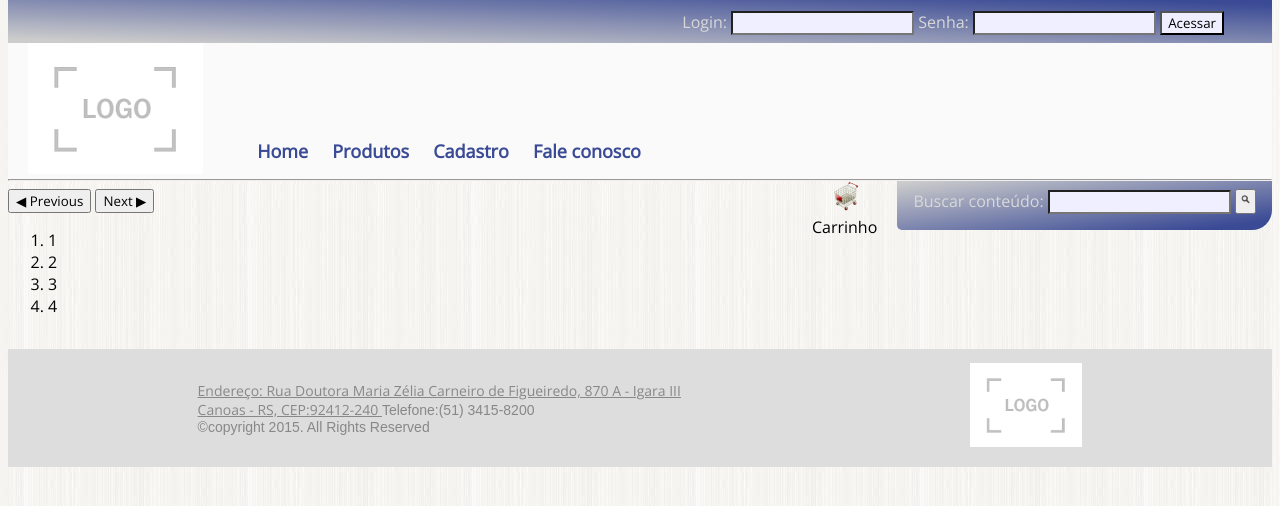
Repository: lauroPereira/study
Page: TrabalhoFinalWebMVC/index.html
An editor plug-in stored every save of this project. The page is shown before and after the next save, followed by the edit.
The browser window is 1280 px wide. The pictures show the whole page.

Above is the page before, as saved 2016-06-14 03:35:57.

After the next save:
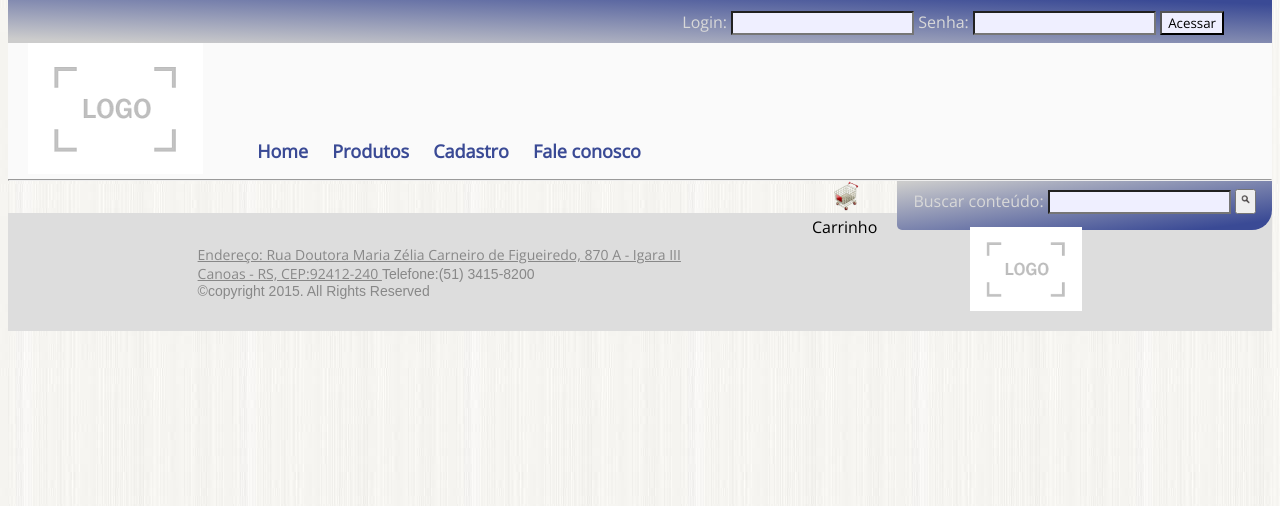
Saved 22 min 59 s later.
--- a/TrabalhoFinalWebMVC/index.html
+++ b/TrabalhoFinalWebMVC/index.html
@@ -45,21 +45,7 @@
 			</div>
 		</div>
 	</div>
-	<div class="carouselbox">
-		<div class="buttons">
-			<button class="prev">
-				◀ <span class="offscreen">Previous</span>
-			</button>
-			<button class="next">
-				<span class="offscreen">Next</span> ▶
-			</button>
-		</div>
-		<ol class="content">
-			<li>1</li>
-			<li>2</li>
-			<li>3</li>
-			<li>4</li>
-		</ol>
+	<div id="corpo">
 	</div>
 	<div id="rodape">
 		<div class="central">
